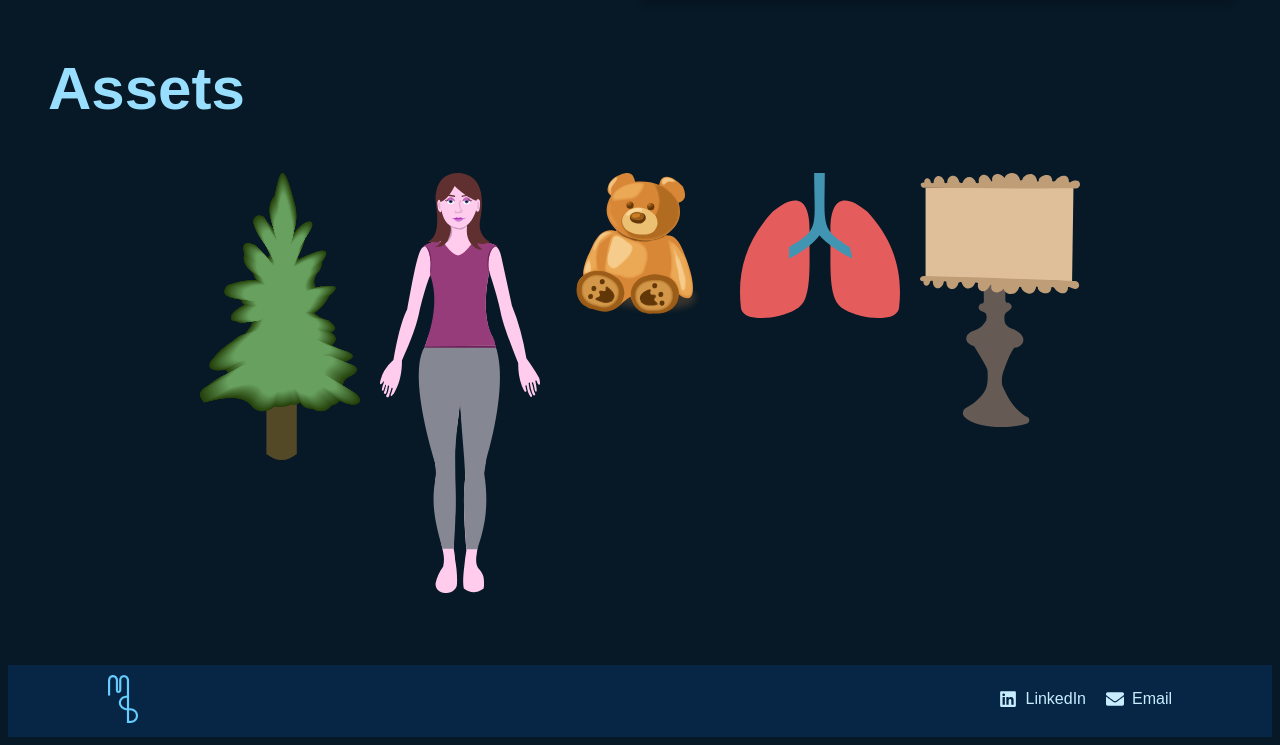
Repository: madelinestruthers/madeline-portfolio-site
Page: /Projects/motion-project
An editor plug-in stored every save of this project. The page is shown before and after the next save, followed by the edit.
The browser window is 1280 px wide. The pictures show the part of the page from y = 651 to 1396 px (the page is 1396 px tall).
The project was rebuilt for these pictures with package versions that can differ from the ones it lists, and the page was loaded fresh each time. The framework's server and built-in components were replaced by stand-ins that run in the browser. Also part of the build but not shown: next.config.mjs.

Above is the page before, as saved 2025-03-22 19:55:16.

After the next save:
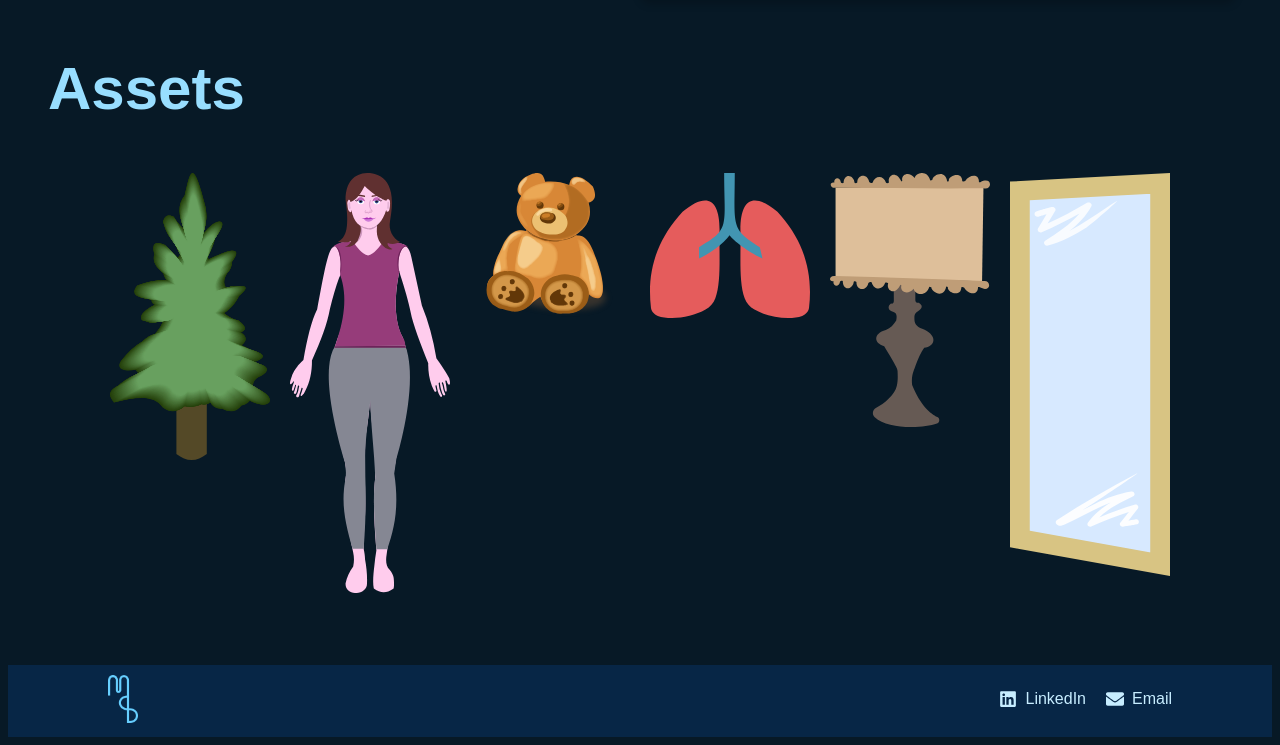
Saved 105 s later.
--- a/src/pages/Projects/motion-project.js
+++ b/src/pages/Projects/motion-project.js
@@ -42,6 +42,7 @@ export default function MotionProject() {
                         <Image src="/images/Asset3.svg" alt="Asset 3" width={150} height={150} className={styles.assetImage} />
                         <Image src="/images/Asset4.svg" alt="Asset 1" width={150} height={150} className={styles.assetImage} />
                         <Image src="/images/Asset5.svg" alt="Asset 1" width={150} height={150} className={styles.assetImage} />
+                        <Image src="/images/Asset6.svg" alt="Asset 1" width={150} height={150} className={styles.assetImage} />
                     </div>
                 </div>
             </main>
